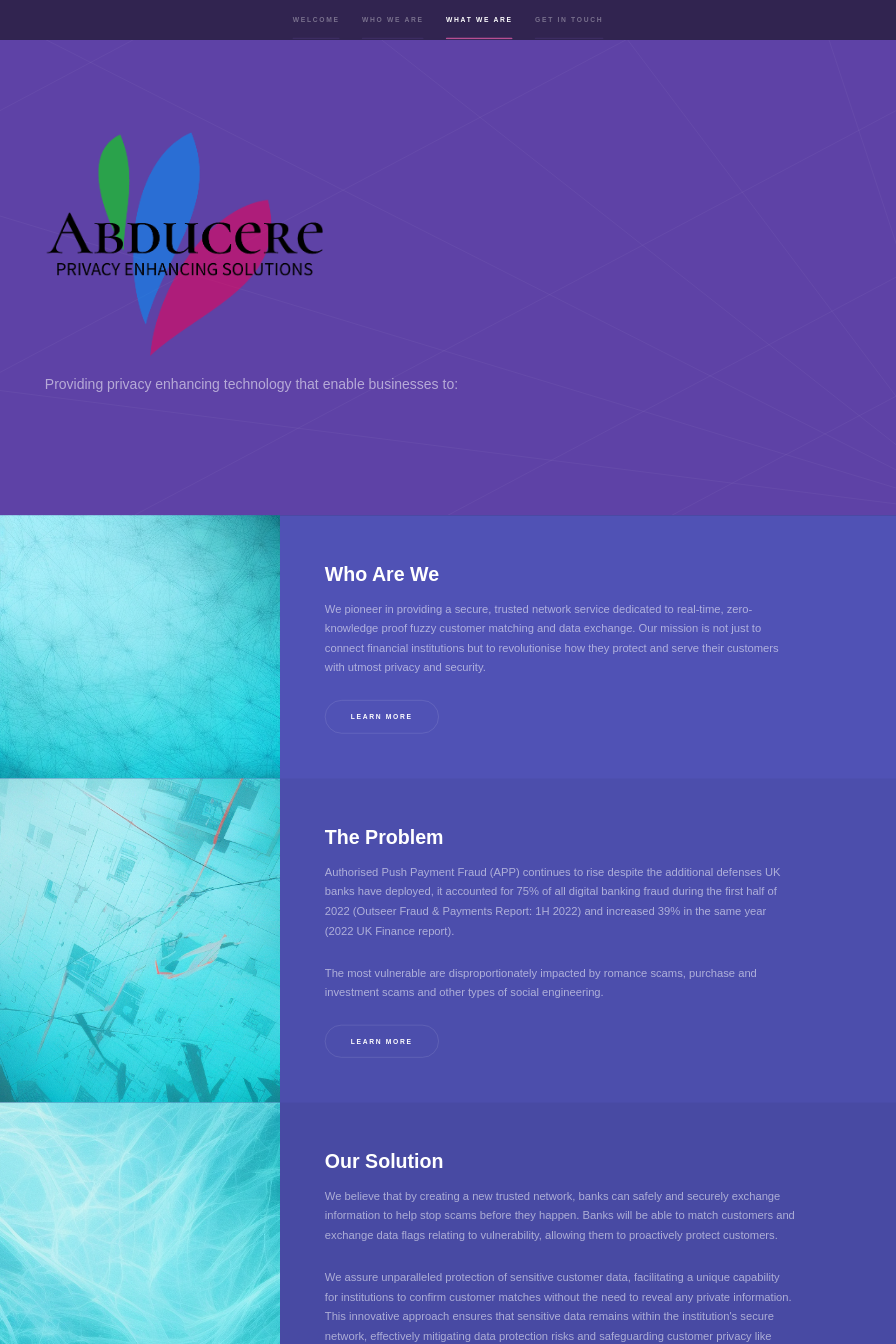
Repository: nocnoc94/nocnoc94.github.io
Page: index.html
The author's editor kept a copy of each file at every save. The page is drawn from the files as they stood at one save, then again after the next save.
The browser window is 1280 px wide. The pictures show the part of the page from y = 0 to 1920 px (the page is 4563 px tall), at 70% of full size.

Above is the page before, as saved 2024-02-23 16:25:15.

After the next save:
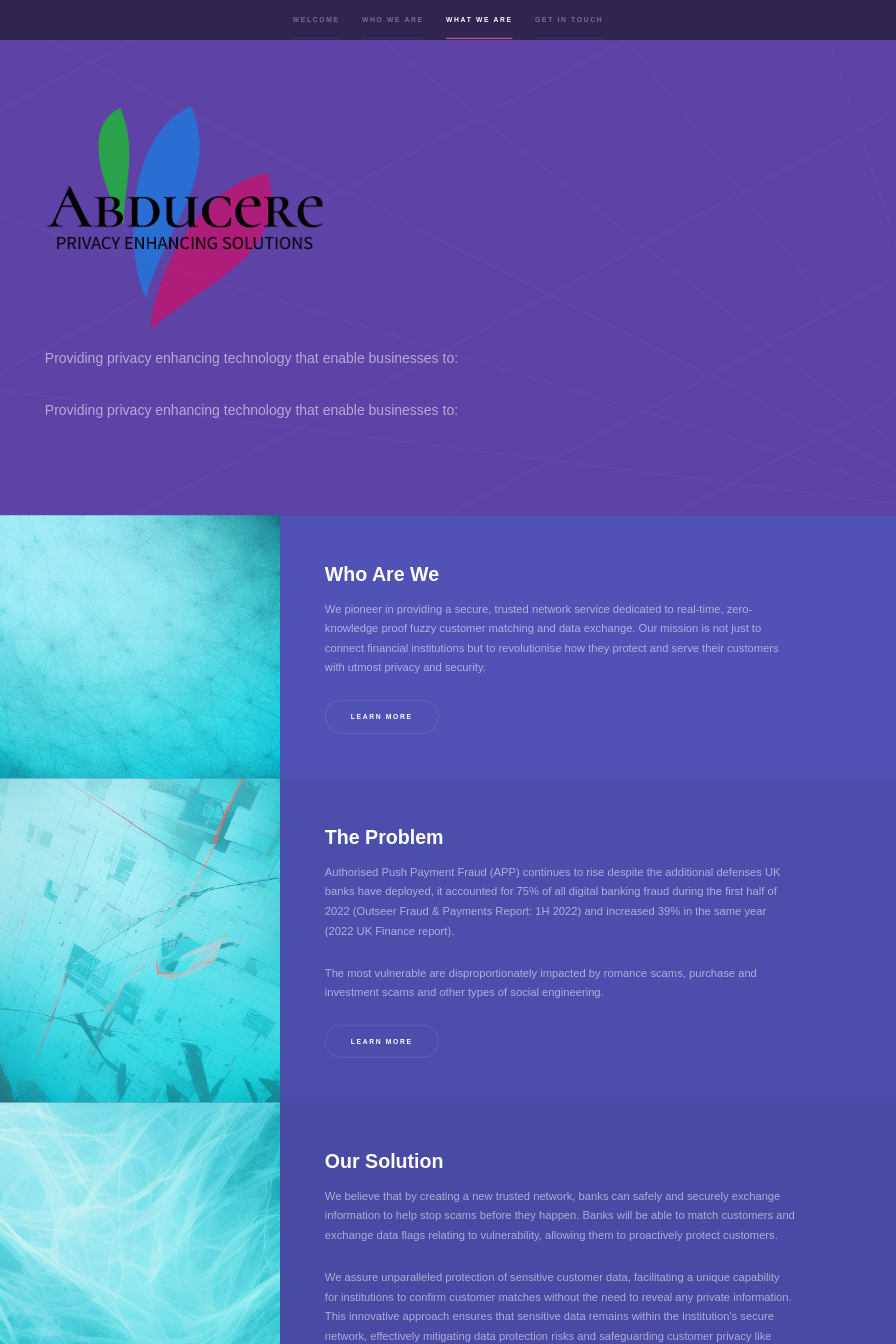
Saved 6 s later.
--- a/index.html
+++ b/index.html
@@ -36,6 +36,7 @@
 				<a id="introLogo" class="image"><img src="/static/images/abducere-logo-1.png" alt=""
 						data-position="left left" /></a>
 				<!-- <h1>Abducere</h1> -->
+				<p id="introText">Providing privacy enhancing technology that enable businesses to: </p>
 				<p id="introText">Providing privacy enhancing technology that enable businesses to: </p>
 				<ul class="actions">
 					<li></li>
